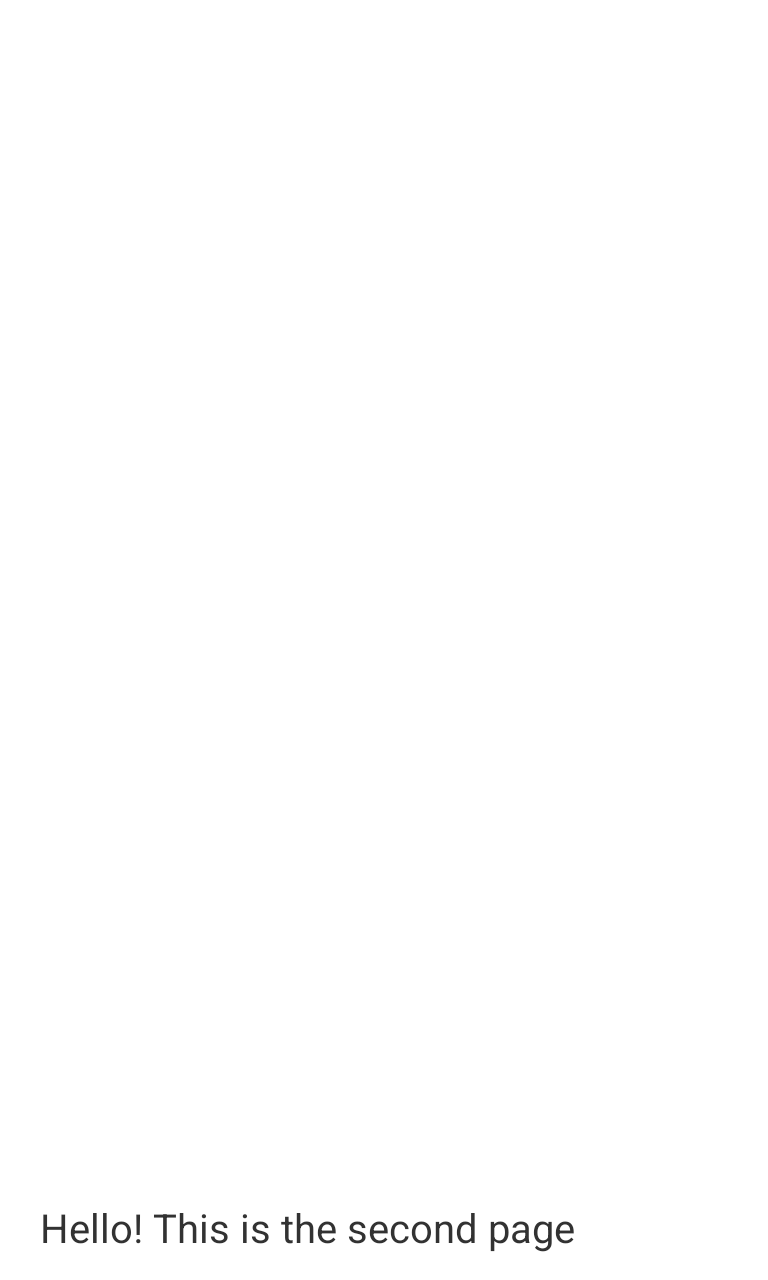
Repository: andreeacarmen/AndroidApp
Layout: MyApp/res/layout/new_activity.xml
The author's editor kept a copy of each file at every save. The layout is drawn from the files as they stood at one save, then again after the next save.
It is drawn on a 768 x 1280 px phone screen (xhdpi) without system bars, with theme AppTheme; the app's code is not run.

Above is the layout before, as saved 2014-07-02 08:54:46.

After the next save:
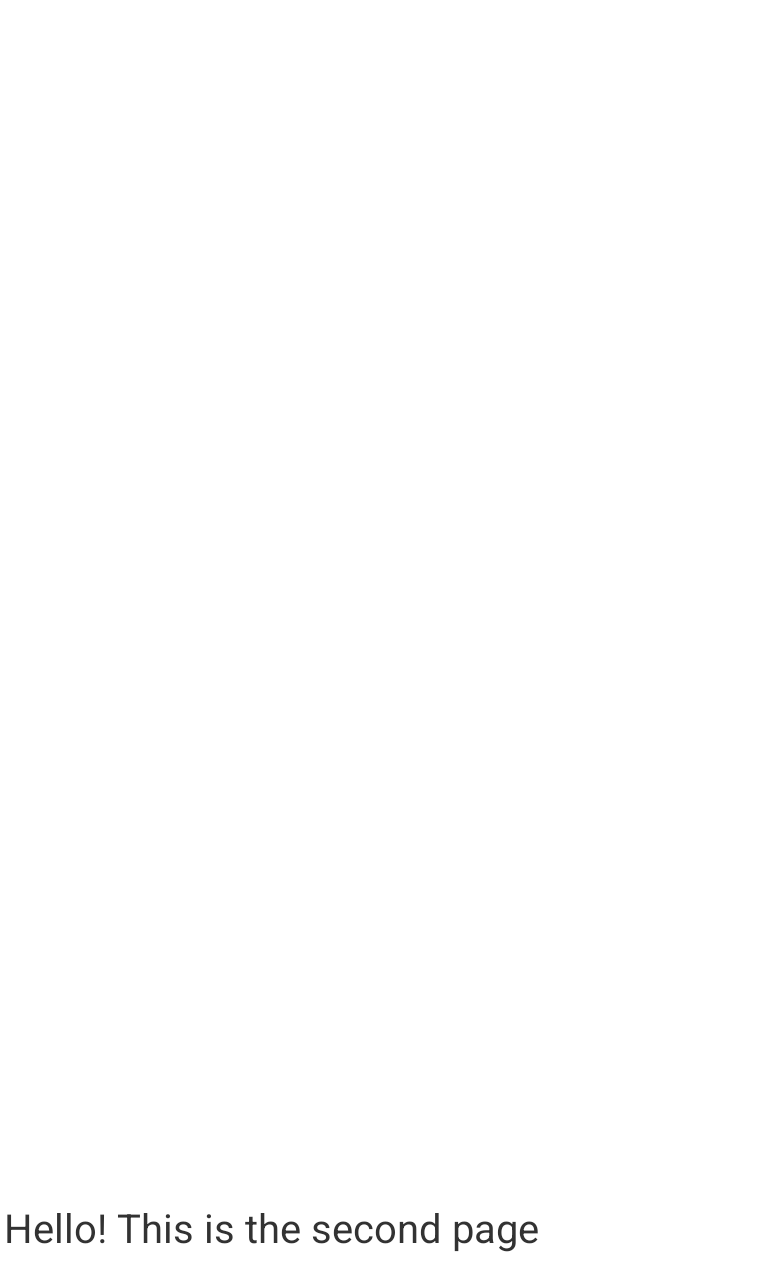
Saved 7 s later.
--- a/MyApp/res/layout/new_activity.xml
+++ b/MyApp/res/layout/new_activity.xml
@@ -8,7 +8,7 @@
    	    android:text="Hello! This is the second page"
    	    android:textSize="20sp"
    	    android:layout_marginTop="600dp"
-   	    android:layout_marginLeft="20dp"
+   	    android:layout_marginLeft="2dp"
    	    android:layout_width="wrap_content"
    	    android:layout_height="wrap_content"
    	    />
